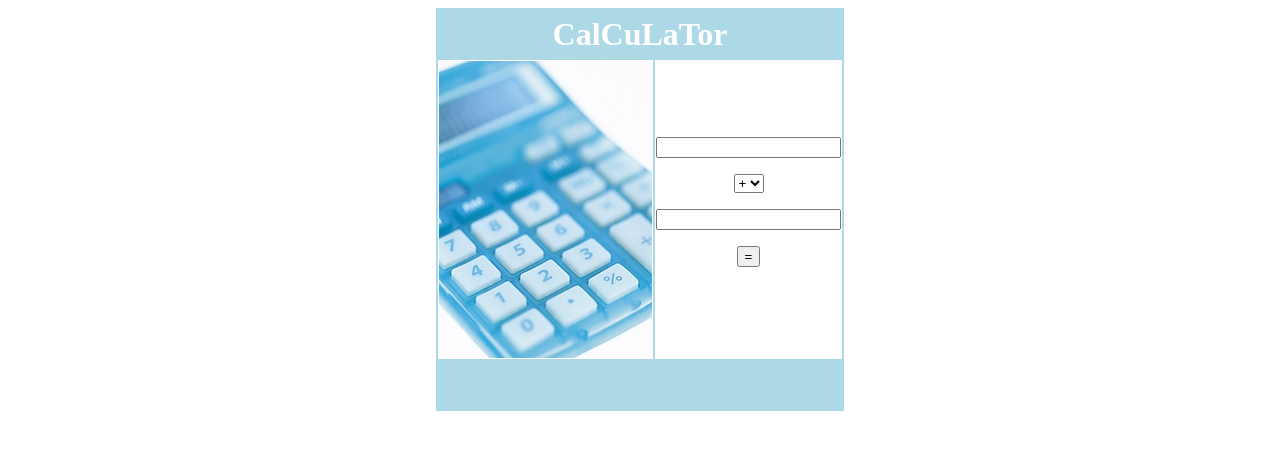
Repository: LeeHyeSu/JSP
Page: http://localhost/Practice32/calc.jsp
The author's editor kept a copy of each file at every save. The page is drawn from the files as they stood at one save, then again after the next save.
The browser window is 1280 px wide. The pictures show the whole page.
The page is served by Tomcat 9. Other server files are loaded and not shown.

Above is the page before, as saved 2017-11-24 08:35:11.

### Practice32/WebContent/calc.jsp
<%@ page language="java" contentType="text/html; charset=UTF-8"
    pageEncoding="UTF-8"%>
<!DOCTYPE html PUBLIC "-//W3C//DTD HTML 4.01 Transitional//EN" "http://www.w3.org/TR/html4/loose.dtd">
<html>
<head>
<meta http-equiv="Content-Type" content="text/html; charset=UTF-8">
<title>계산기 만들기</title>
</head>
<body>
<form method="post" action="calc_result.jsp" name="form1">
	<table width="400" height="400" border="1"
		bordercolor="lightblue" align="center" cellspacing="0">
		<tr height="50">
			<td colspan="2" bgcolor="lightblue" align="center">
			<b><font size="6" color="white">CalCuLaTor</font></b>
			</td>
		</tr>
		<tr align="center">
			<td><img src="images/cal.jpg"></td>
			<td width="150px">
				<input type="text" name="op1"><p>
				<select name="operator">
					<option selected>+</option>
					<option>-</option>
					<option>*</option>
					<option>/</option>
				</select><p>
				<input type="text" name="op2"><p>
				<input type="submit" value="=">
			</td>
		</tr>
		<tr height="50">
			<td colspan="2" bgcolor="lightblue">&nbsp;</td>
		</tr>
	</table>
</form>
</body>
</html>

After the next save:
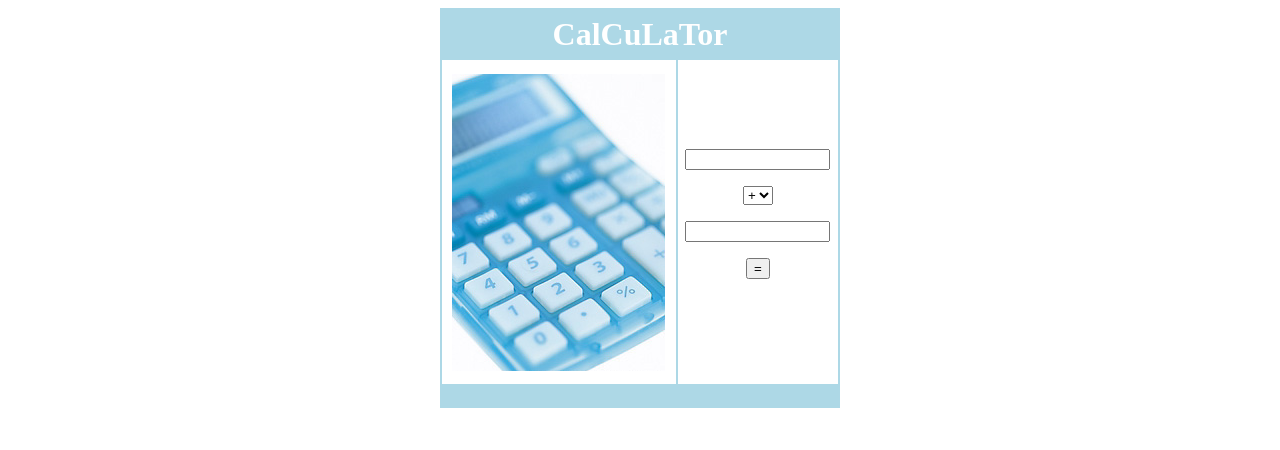
Saved 68 s later.
--- a/Practice32/WebContent/calc.jsp
+++ b/Practice32/WebContent/calc.jsp
@@ -17,19 +17,19 @@
 		</tr>
 		<tr align="center">
 			<td><img src="images/cal.jpg"></td>
-			<td width="150px">
-				<input type="text" name="op1"><p>
+			<td>
+				<input type="text" name="op1" size="15"><p>
 				<select name="operator">
 					<option selected>+</option>
 					<option>-</option>
 					<option>*</option>
 					<option>/</option>
 				</select><p>
-				<input type="text" name="op2"><p>
+				<input type="text" name="op2" size="15"><p>
 				<input type="submit" value="=">
 			</td>
 		</tr>
-		<tr height="50">
+		<tr height="20">
 			<td colspan="2" bgcolor="lightblue">&nbsp;</td>
 		</tr>
 	</table>
